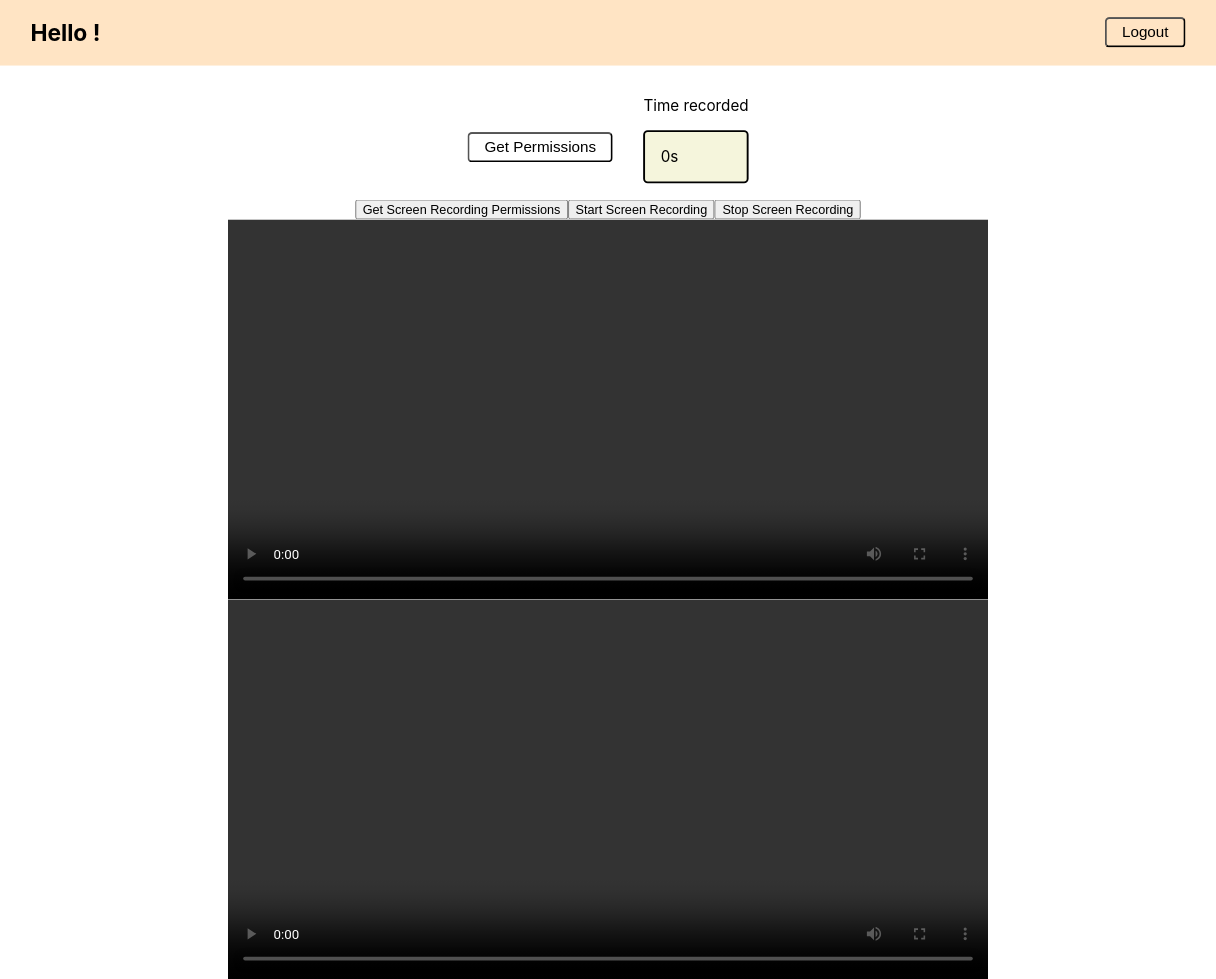
Repository: drumsmanku/test-1
Page: /recording (app in client/)
The author's editor kept a copy of each file at every save. The page is drawn from the files as they stood at one save, then again after the next save.
The browser window is 1280 px wide. The pictures show the whole page, at 95% of full size.
The project was rebuilt for these pictures with package versions that can differ from the ones it lists, and the page was loaded fresh each time. Also part of the build but not shown: client/src/App.css, client/src/Components/Login/Login.module.css, client/src/Components/Login/Login.js, client/src/Components/Register/Register.module.css, client/src/Components/Register/Register.js.

Above is the page before, as saved 2023-08-31 21:26:17.

After the next save:
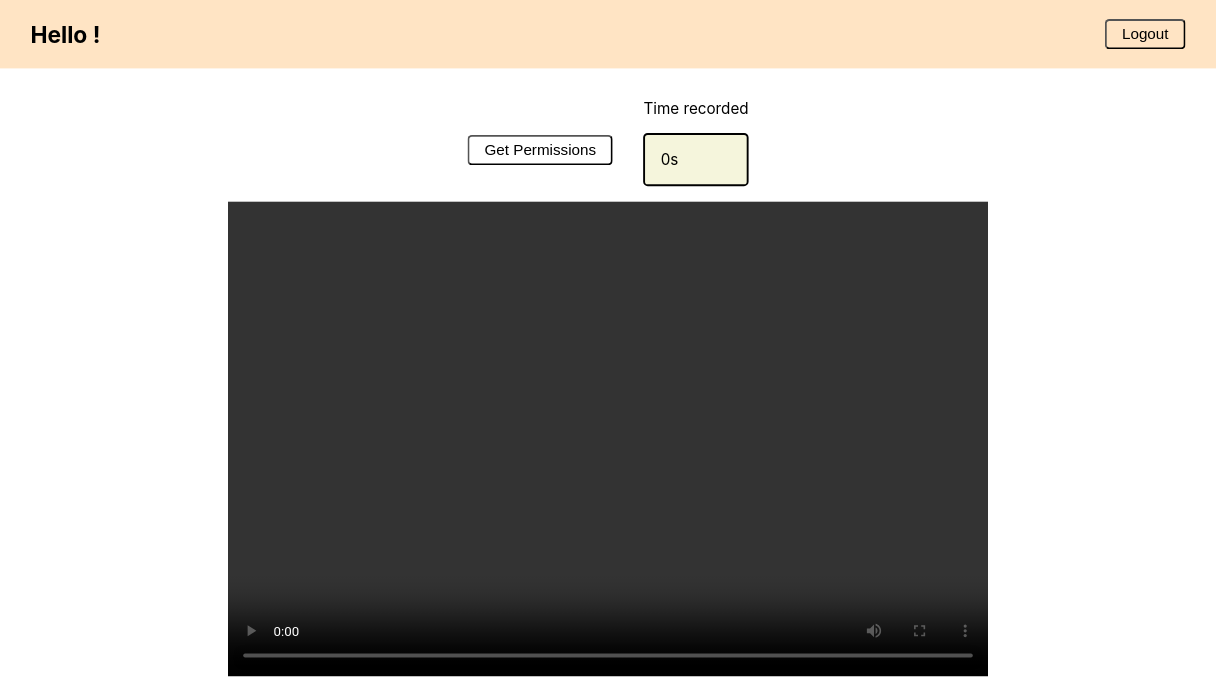
Saved 92 s later.
--- a/client/src/Components/Recording/Recording.js
+++ b/client/src/Components/Recording/Recording.js
@@ -17,7 +17,7 @@
   const chunksRef = useRef([]);
   const [secondsRecorded, setSecondsRecorded] = useState(0);
   const [progress, setProgress] = useState(0);
-  const [screenMediaRecorder, setScreenMediaRecorder] = useState(null);
+
   let intervalId = useRef(null);
 
 
@@ -75,39 +75,6 @@
         setStartButton(false);
     }
 };
-const handleScreenPermissions = async () => {
-  try {
-    const screenStream = await navigator.mediaDevices.getDisplayMedia({ video: true });
-
-    const newScreenMediaRecorder = new MediaRecorder(screenStream);
-    newScreenMediaRecorder.ondataavailable = (evt) => {
-      chunksRef.current.push(evt.data);
-    };
-    setScreenMediaRecorder(newScreenMediaRecorder);
-  } catch (error) {
-    console.error('Error during getting screen permissions', error);
-  }
-};
-
-const startScreenRecording = () => {
-  if (screenMediaRecorder) {
-    screenMediaRecorder.start();
-  }
-};
-
-const stopScreenRecording = async () => {
-  if (screenMediaRecorder) {
-    screenMediaRecorder.stop();
-    screenMediaRecorder.stream.getTracks().forEach(track => track.stop());
-
-    const blob = new Blob(chunksRef.current, { type: 'video/webm' });
-    const url = URL.createObjectURL(blob);
-
-    const screenVideoElement = document.getElementById('screenPlayback');
-    screenVideoElement.src = url;
-    chunksRef.current = [];
-  }
-};
 
 
 
@@ -132,13 +99,7 @@
         </div>
 
       </div>
-      <div>
-          <button onClick={handleScreenPermissions}>Get Screen Recording Permissions</button>
-          <button onClick={startScreenRecording}>Start Screen Recording</button>
-          <button onClick={stopScreenRecording}>Stop Screen Recording</button>
-      </div>
       <video height={500} width={800} id="videoPlayback" controls autoplay></video>
-      <video height={500} width={800} id="screenPlayback" controls autoplay></video>
 
     </div>
   )

After the save that followed:
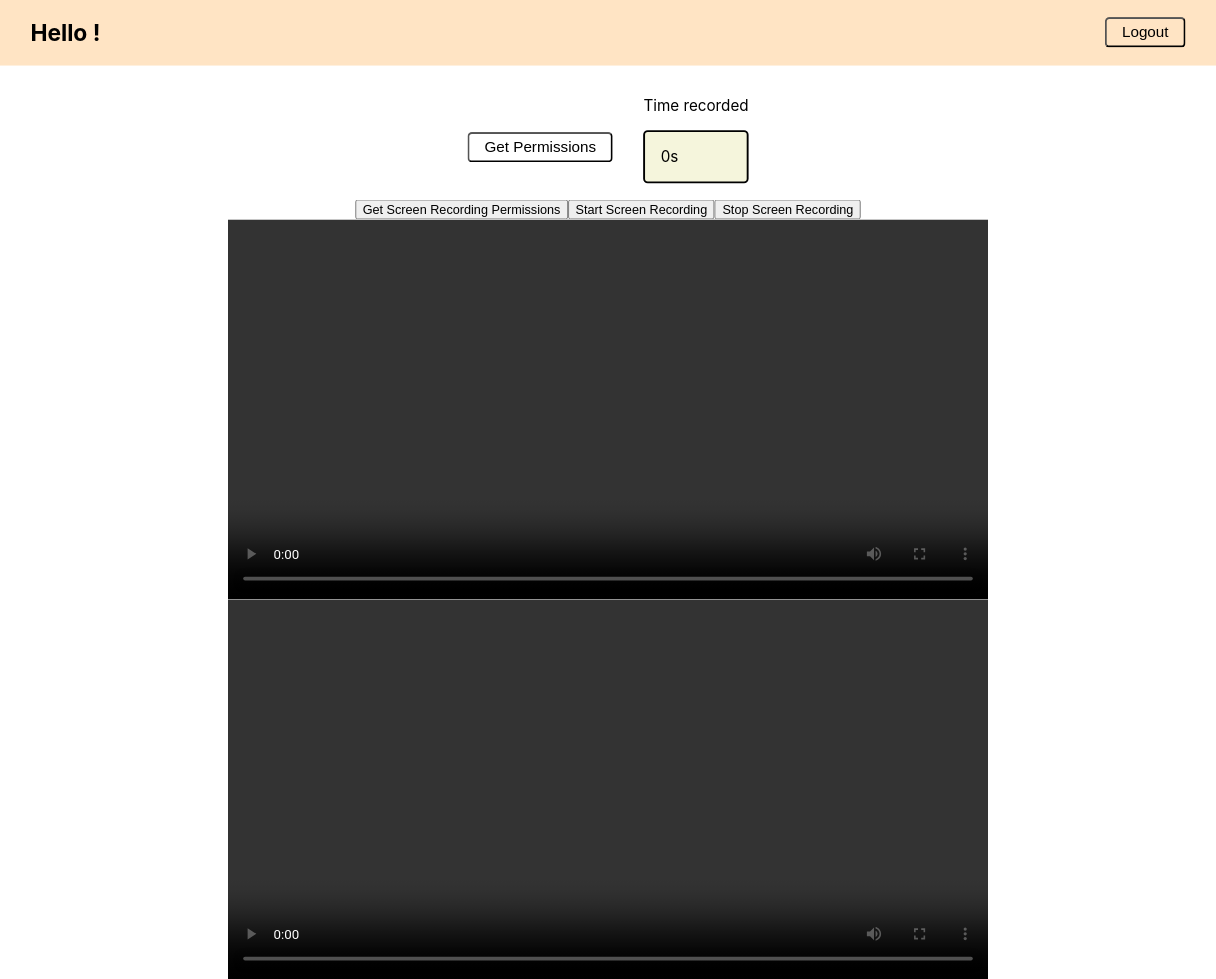
Saved 12 min 46 s later.
--- a/client/src/Components/Recording/Recording.js
+++ b/client/src/Components/Recording/Recording.js
@@ -7,6 +7,7 @@
 function Recording() {
   const [existingUser, setExistingUser]=useState(localStorage.getItem('user'))
   const navigate=useNavigate();
+
   const handleLogout=()=>{
     localStorage.removeItem('token');
     localStorage.removeItem('user');
@@ -14,9 +15,10 @@
   }
   const [startButton, setStartButton] = useState(false);
   const [mediaRecorder, setMediaRecorder] = useState(null);
+  const [progress, setProgress] = useState(0);
+  const [screenMediaRecorder, setScreenMediaRecorder] = useState(null);
+
   const chunksRef = useRef([]);
-  const [secondsRecorded, setSecondsRecorded] = useState(0);
-  const [progress, setProgress] = useState(0);
 
   let intervalId = useRef(null);
 
@@ -33,7 +35,6 @@
       };
       setMediaRecorder(newMediaRecorder);
 
-      // POST request to start recording
       await axios.post('http://localhost:4000/recording/start', {
         videoPermission: true,
         audioPermission: true
@@ -44,9 +45,8 @@
   };
 
   const startRecording = () => {
-    // stop any existing interval
-    if (intervalId.current) { // check if interval already exists
-      clearInterval(intervalId.current); // if so, clear it
+    if (intervalId.current) {
+      clearInterval(intervalId.current);
     }
 
     mediaRecorder.start();
@@ -76,6 +76,38 @@
     }
 };
 
+  const handleScreenPermissions = async () => {
+    try {
+      const screenStream = await navigator.mediaDevices.getDisplayMedia({ video: true });
+
+      const newScreenMediaRecorder = new MediaRecorder(screenStream);
+      newScreenMediaRecorder.ondataavailable = (evt) => {
+        chunksRef.current.push(evt.data);
+      };
+      setScreenMediaRecorder(newScreenMediaRecorder);
+    } catch (error) {
+      console.error('Error during getting screen permissions', error);
+    }
+  };
+
+  const startScreenRecording = () => {
+      if (screenMediaRecorder) {
+        screenMediaRecorder.start();
+      }
+  };
+  const stopScreenRecording = async () => {
+    if (screenMediaRecorder) {
+      screenMediaRecorder.stop();
+      screenMediaRecorder.stream.getTracks().forEach(track => track.stop());
+
+      const blob = new Blob(chunksRef.current, { type: 'video/webm' });
+      const url = URL.createObjectURL(blob);
+
+      const screenVideoElement = document.getElementById('screenPlayback');
+      screenVideoElement.src = url;
+      chunksRef.current = [];
+    }
+  };
 
 
 
@@ -99,7 +131,13 @@
         </div>
 
       </div>
+      <div>
+          <button onClick={handleScreenPermissions}>Get Screen Recording Permissions</button>
+          <button onClick={startScreenRecording}>Start Screen Recording</button>
+          <button onClick={stopScreenRecording}>Stop Screen Recording</button>
+      </div>
       <video height={500} width={800} id="videoPlayback" controls autoplay></video>
+      <video height={500} width={800} id="screenPlayback" controls autoplay></video>
 
     </div>
   )
